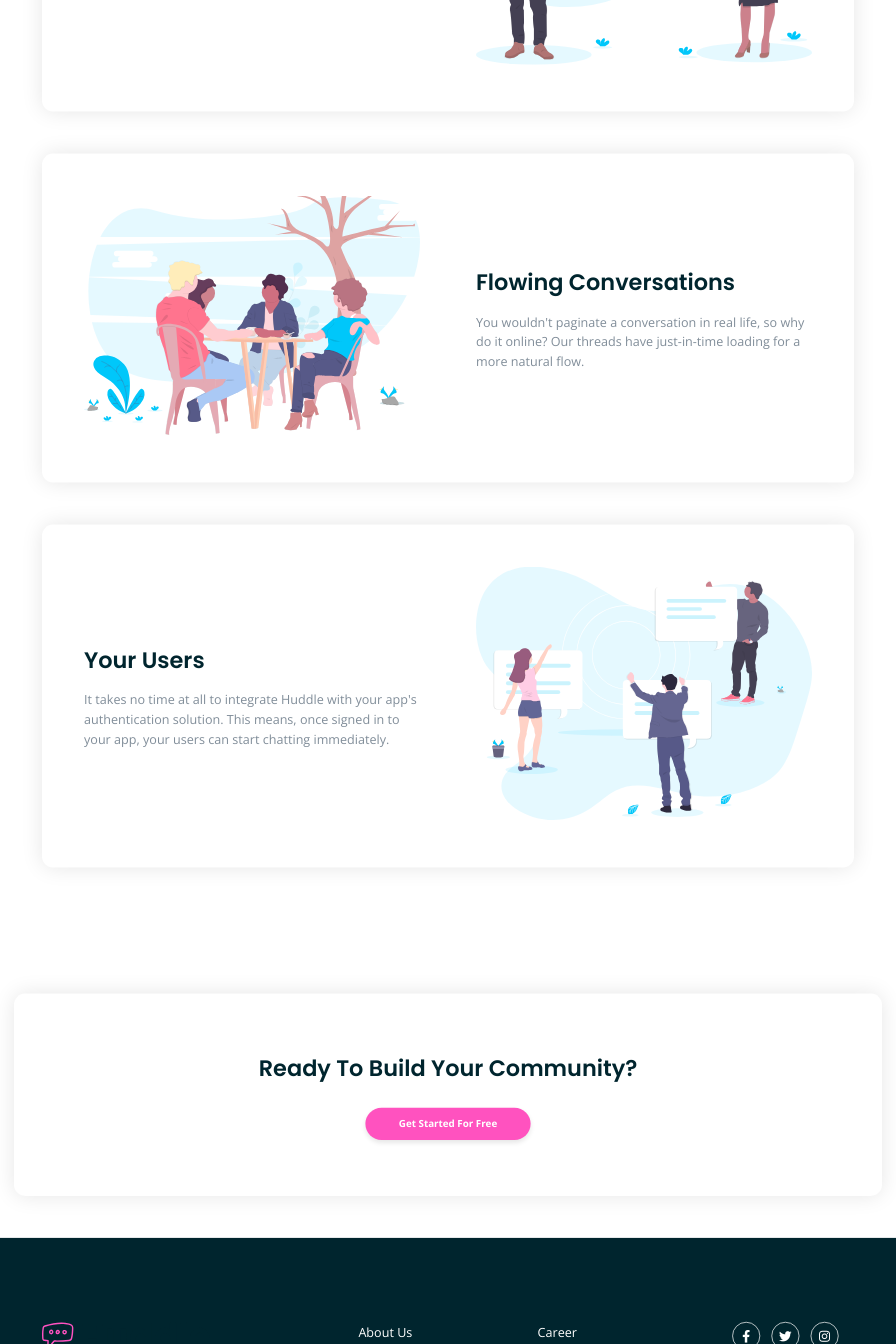
Repository: blordeus/huddle-landing-page
Page: index.html
The author's editor kept a copy of each file at every save. The page is drawn from the files as they stood at one save, then again after the next save.
The browser window is 1280 px wide. The pictures show the part of the page from y = 1168 to 3088 px (the page is 3506 px tall before and 3416 px after), at 70% of full size.

Above is the page before, as saved 2025-07-01 11:10:40.

After the next save:
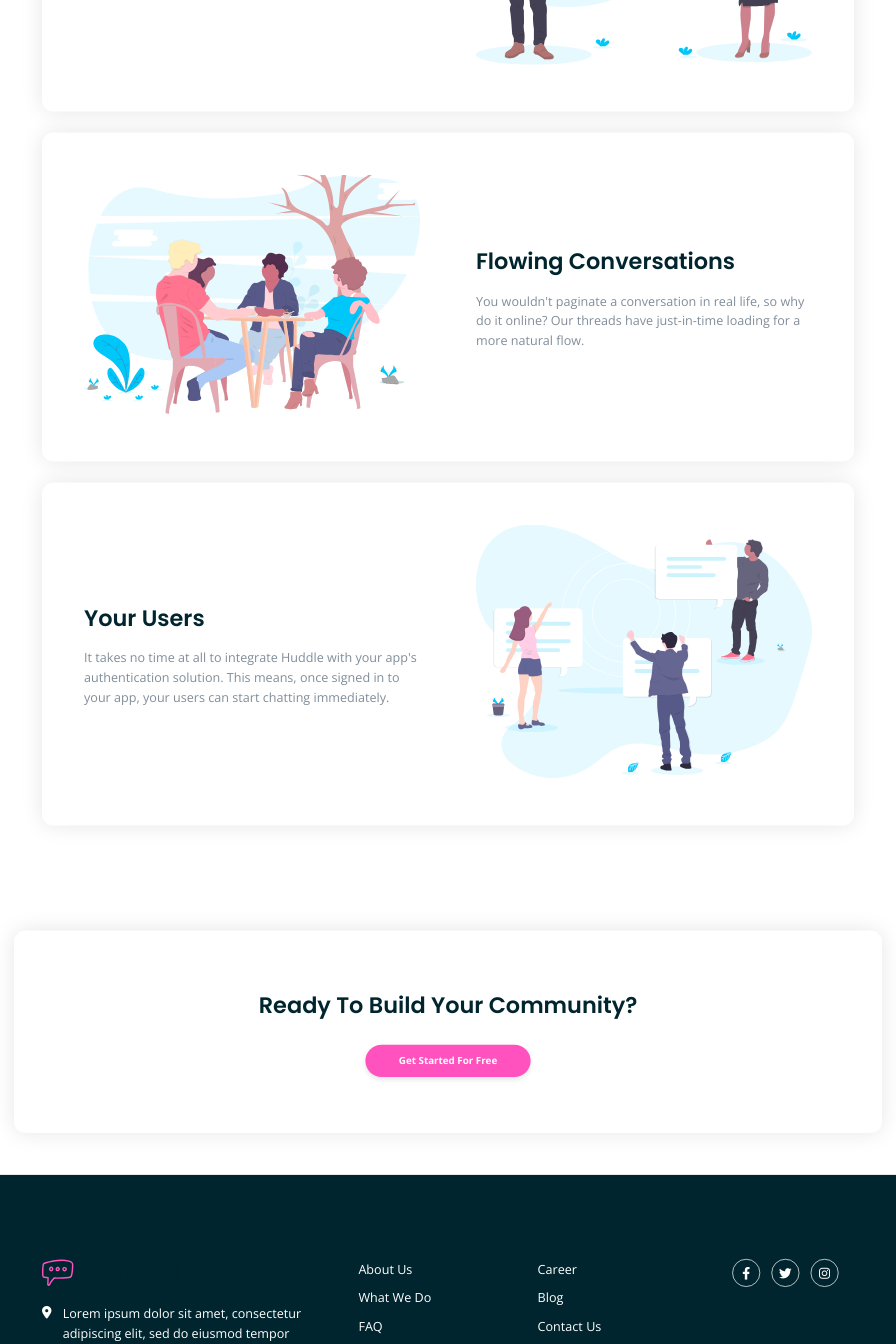
Saved 15 s later.
--- a/styles.css
+++ b/styles.css
@@ -114,7 +114,7 @@
       grid-template-columns: 1fr 1fr;
       gap: 80px;
       align-items: center;
-      margin-bottom: 60px;
+      margin-bottom: 30px;
       background: white;
       padding: 60px;
       border-radius: 16px;
